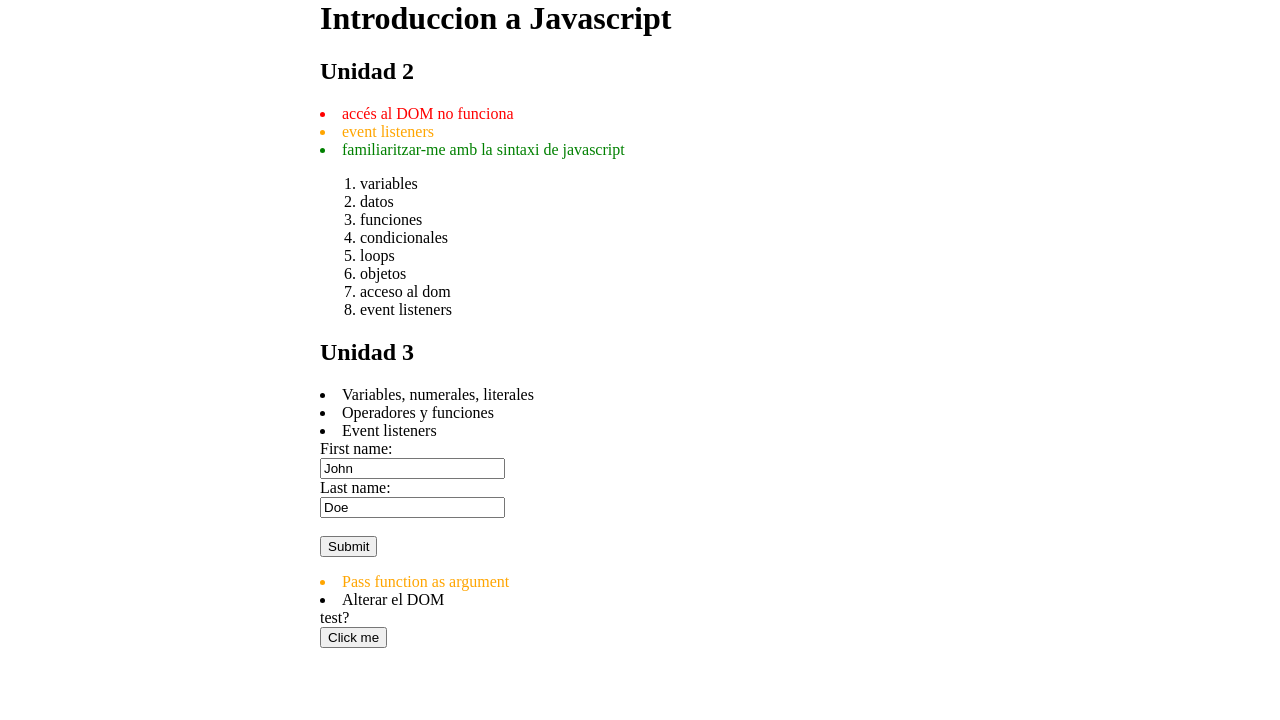
Repository: gabrielardevol/portfolio-react
Page: javascript_domestika/html.html
The author's editor kept a copy of each file at every save. The page is drawn from the files as they stood at one save, then again after the next save.
The browser window is 1280 px wide. The pictures show the whole page.

Above is the page before, as saved 2022-12-20 11:56:03.

After the next save:
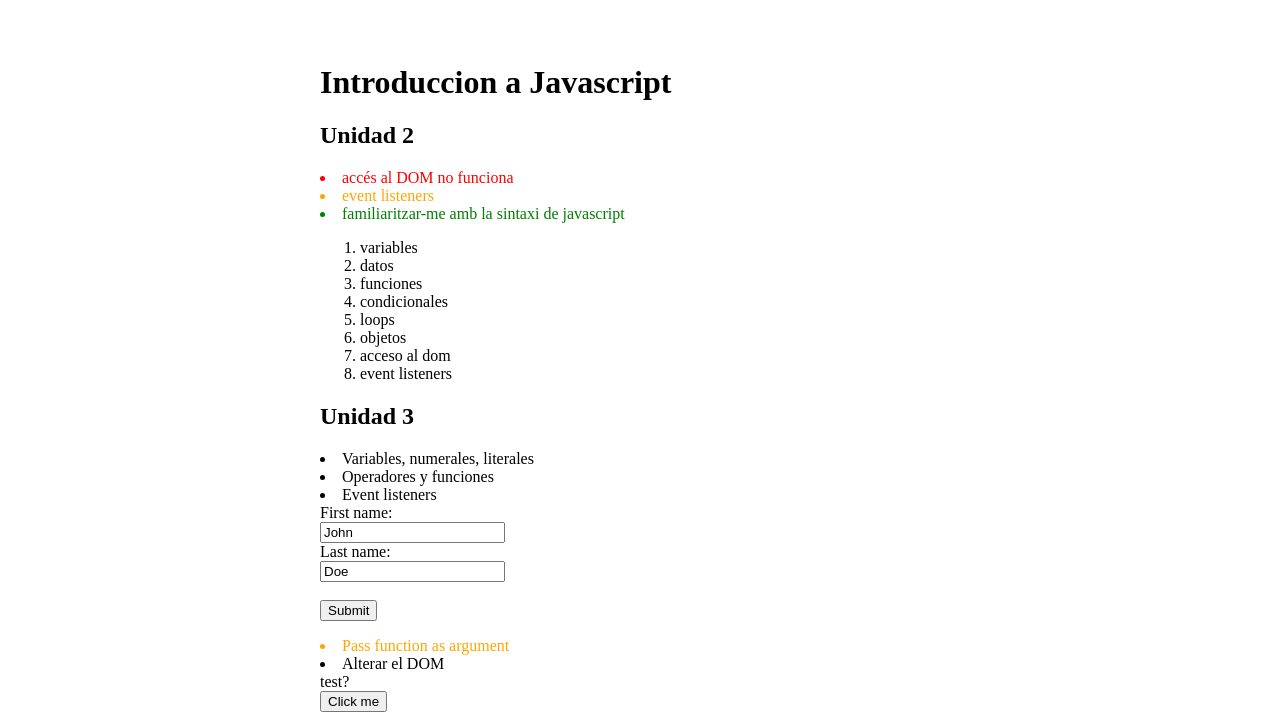
Saved 24 s later.
--- a/javascript_domestika/html.html
+++ b/javascript_domestika/html.html
@@ -4,7 +4,7 @@
 
 </style>
   </head>
-  <body style="margin: auto ; width: 50%">
+  <body style="margin: auto ; width: 50% ; margin-top: 5%">
     <h1>Introduccion a Javascript</h1>
     <h2>Unidad 2</h2>
      <!-- <script src = "javascript.js"></script> -->
